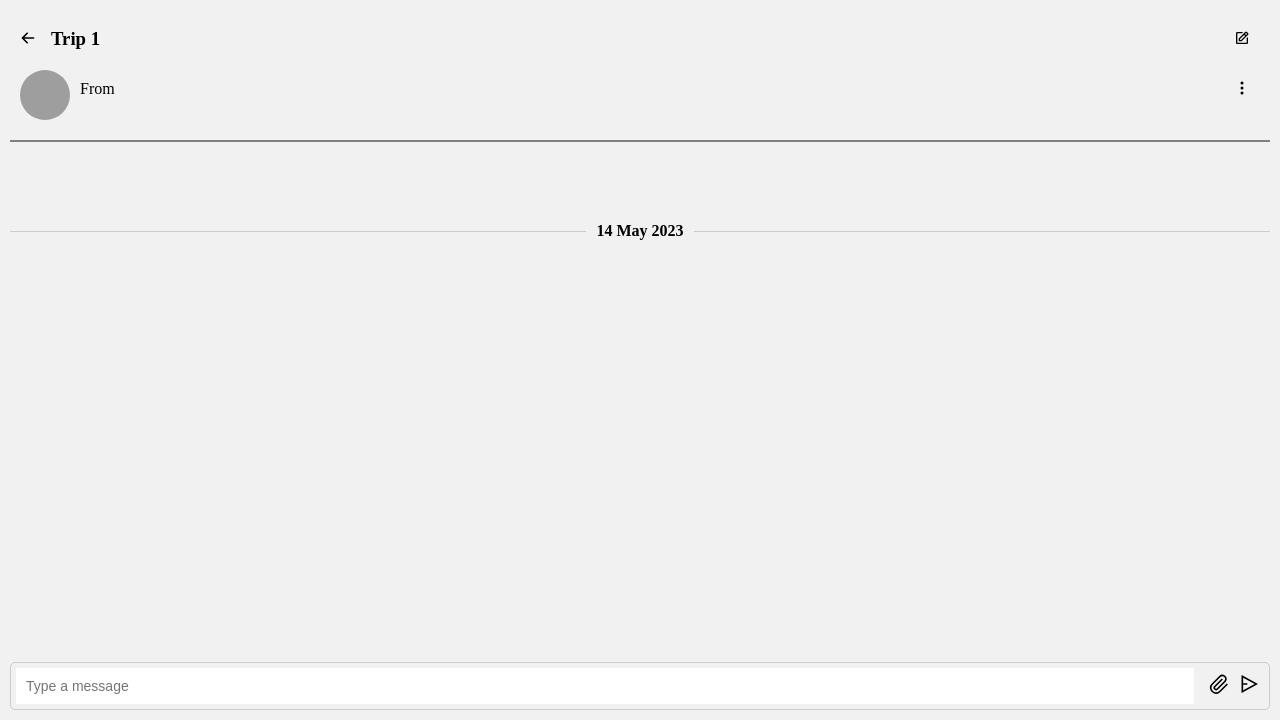
Repository: Abhi2359/PWA_Corider
Page: /
The author's editor kept a copy of each file at every save. The page is drawn from the files as they stood at one save, then again after the next save.
The browser window is 1280 px wide. The pictures show the whole page.
Pictures or frames that could not be fetched are drawn as grey boxes. The page's requests for data from a server got no answer. The project was rebuilt for these pictures with package versions that can differ from the ones it lists, and the page was loaded fresh each time. No one was signed in, and anything a server would have sent is missing. Also part of the build but not shown: vite.config.js, src/chatInput/Chat.css, src/chatInput/Chat.jsx.

Above is the page before, as saved 2023-05-14 14:57:11.

After the next save:
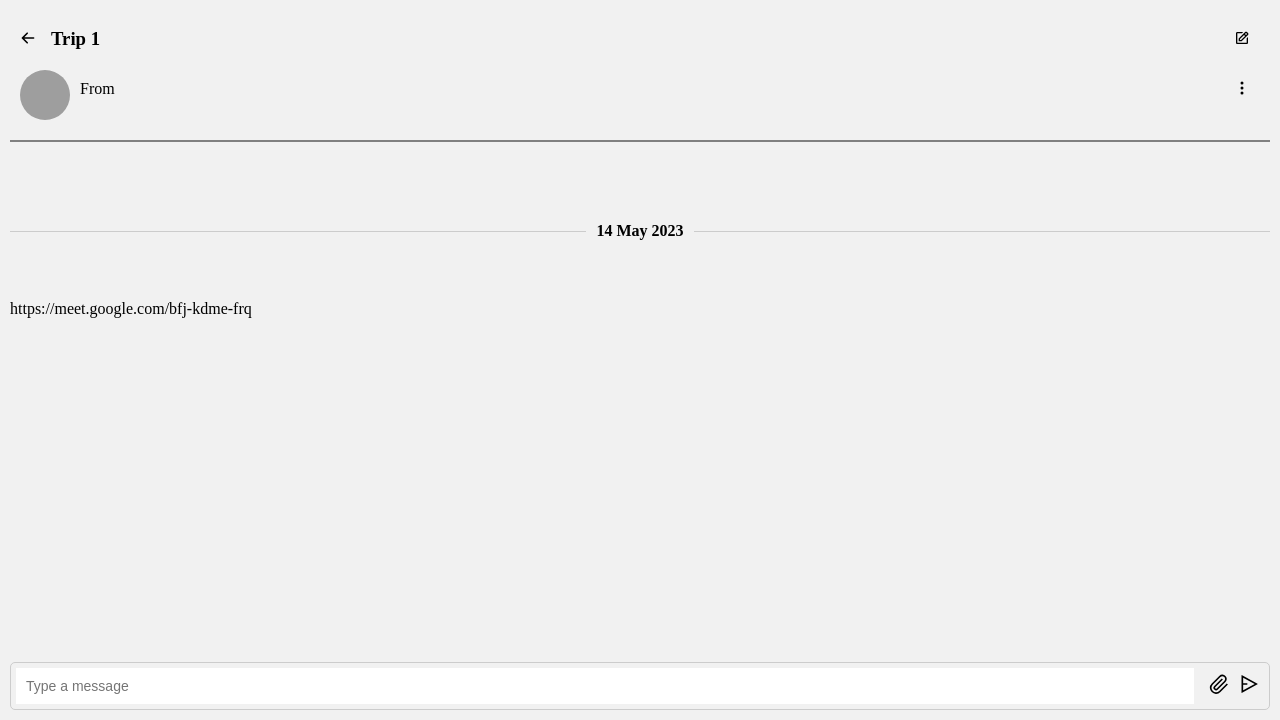
Saved 9 min 10 s later.
--- a/src/App.jsx
+++ b/src/App.jsx
@@ -68,14 +68,7 @@
         <div className="header_section">
           <Header />
           <div className="chat_container">
-            <ul className="chat_list">
-              {data &&
-                data.map((chat) => (
-                  <li key={chat.id}>
-                    <Chat message={chat.message} image={chat.sender.image} />
-                  </li>
-                ))}
-            </ul>
+          https://meet.google.com/bfj-kdme-frq
           </div>
         </div>
         <div>

After the save that followed:
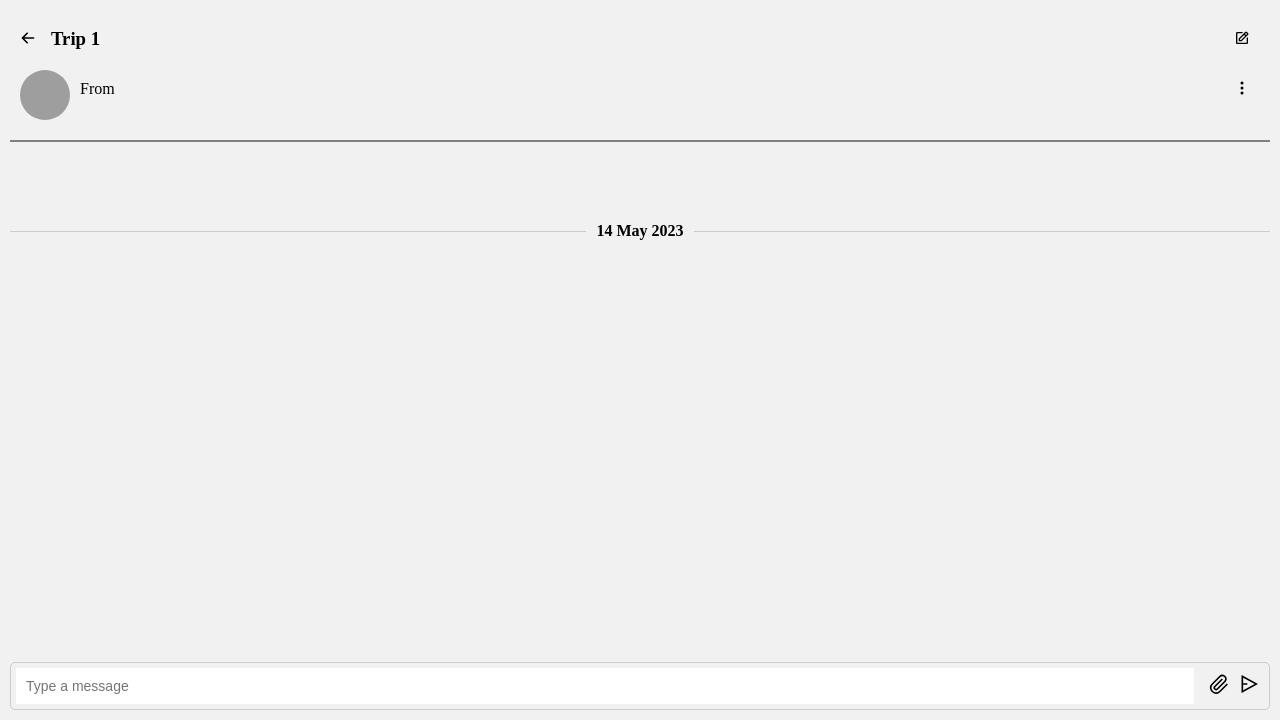
Saved 5 s later.
--- a/src/App.jsx
+++ b/src/App.jsx
@@ -68,7 +68,7 @@
         <div className="header_section">
           <Header />
           <div className="chat_container">
-          https://meet.google.com/bfj-kdme-frq
+
           </div>
         </div>
         <div>
